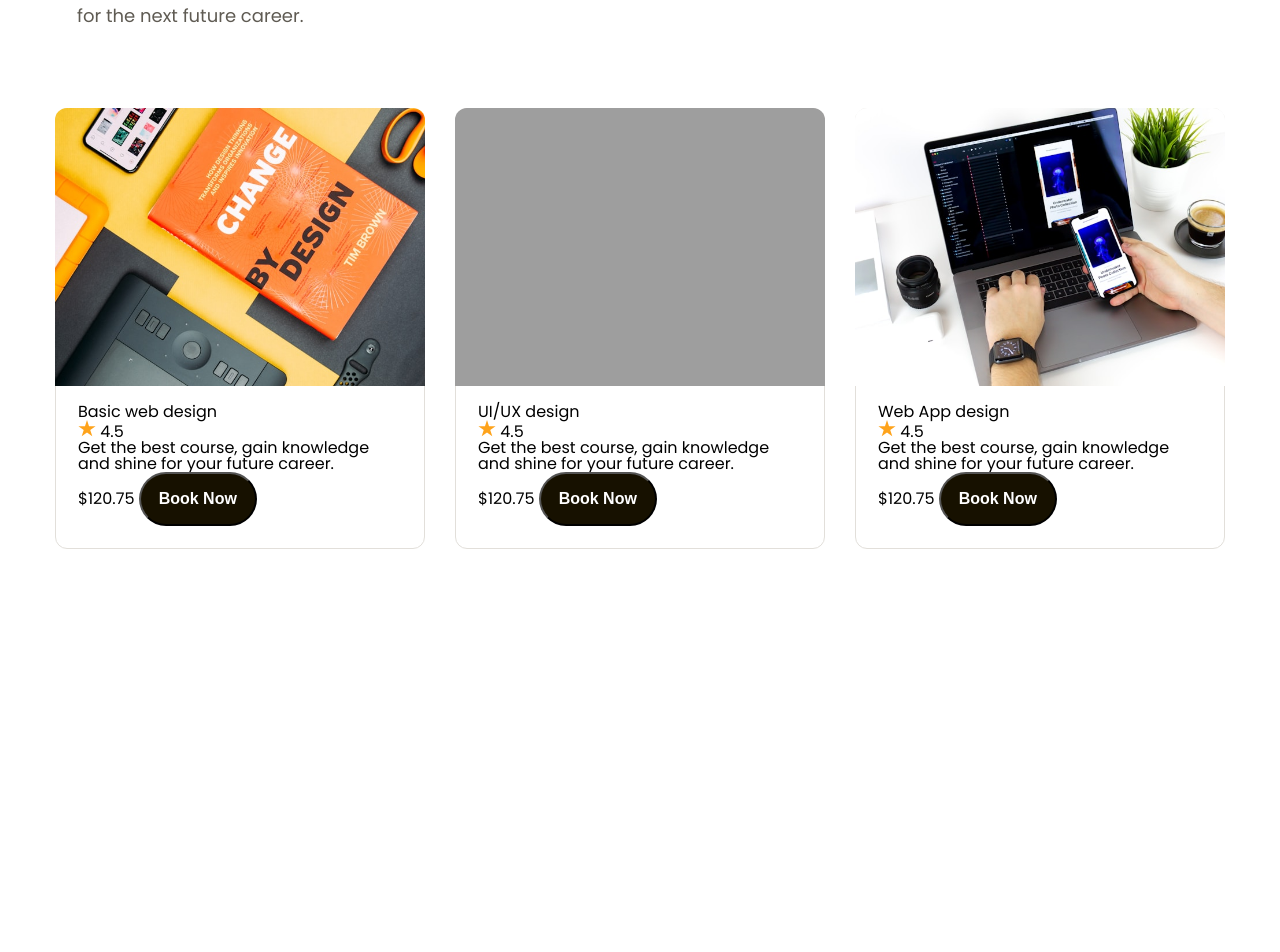
Repository: vancong171001/f8-html-css-02
Page: index.html
These files come from the project's save history. The page is drawn as it stood at one moment and after the next save; the edit follows.
The browser window is 1280 px wide. The pictures show the part of the page from y = 1209 to 2161 px (the page is 5000 px tall).
Pictures or frames that could not be fetched are drawn as grey boxes. A picture or video elsewhere on the page could not be fetched, so the positions and the page height are approximate.

Above is the page before, as saved 2025-03-11 14:20:46.

### index.html
<!DOCTYPE html>
<html lang="en">
  <head>
    <meta charset="UTF-8" />
    <meta name="viewport" content="width=device-width, initial-scale=1.0" />
    <title>F8 Project 02</title>
    <!-- Reset CSS -->
    <link rel="stylesheet" href="./assets/css/reset.css" />

    <!-- Embed fonts -->
    <link rel="preconnect" href="https://fonts.googleapis.com" />
    <link rel="preconnect" href="https://fonts.gstatic.com" crossorigin />
    <link
      href="https://fonts.googleapis.com/css2?family=Poppins:ital,wght@0,400;0,500;0,600;0,700;1,400&family=Sen:wght@700&display=swap"
      rel="stylesheet"
    />

    <!-- Style CSS -->
    <link rel="stylesheet" href="assets/css/style.css" />
  </head>
  <body>
    <main style="height: 5000px">
      <!-- Header -->
      <header class="header fixed">
        <div class="main-content">
          <div class="body">
            <!-- Logo -->
            <img src="./assets/img/logo.svg" alt="Lesson" class="logo" />

            <!-- Nav -->
            <nav class="nav">
              <ul>
                <li class="active">
                  <a href="#!">Home</a>
                </li>
                <li>
                  <a href="#!">Courses</a>
                </li>
                <li>
                  <a href="#!">Pricing</a>
                </li>
                <li>
                  <a href="#!">Reviews</a>
                </li>
              </ul>
            </nav>

            <!-- Action -->
            <div class="action">
              <a href="#!" class="btn sign-up-btn">Sign Up</a>
            </div>
          </div>
        </div>
      </header>

      <!-- Hero -->
      <div class="hero">
        <div class="main-content">
          <div class="body">
            <!-- Hero left -->
            <div class="media-block">
              <img
                src="https://images.unsplash.com/photo-1740734940319-7208196590b7?w=600&auto=format&fit=crop&q=60&ixlib=rb-4.0.3&ixid=M3wxMjA3fDB8MHxmZWF0dXJlZC1waG90b3MtZmVlZHwxNHx8fGVufDB8fHx8fA%3D%3D"
                alt="Learn without limits and spread knowledge."
                class="img"
              />

              <div class="hero-summary">
                <div class="item">
                  <div class="icon">
                    <img src="./assets/icon/list.svg" alt="" />
                  </div>
                  <div class="info">
                    <p class="lable">20 Courses</p>
                    <p class="title">UI/UX Design</p>
                  </div>
                </div>
                <div class="item">
                  <div class="icon">
                    <img src="./assets/icon/code.svg" alt="" />
                  </div>
                  <div class="info">
                    <p class="lable">20 Courses</p>
                    <p class="title">Development</p>
                  </div>
                </div>
                <div class="item">
                  <div class="icon">
                    <img src="./assets/icon/speaker.svg" alt="" />
                  </div>
                  <div class="info">
                    <p class="lable">30 Courses</p>
                    <p class="title">Marketing</p>
                  </div>
                </div>
              </div>
            </div>

            <!-- Hero right -->
            <div class="content-block">
              <h1 class="heading lv1">
                Learn without limits and spread knowledge.
              </h1>
              <p class="desc">
                Build new skills for that “this is my year” feeling with
                courses, certificates, and degrees from world-class universities
                and companies.
              </p>
              <div class="cta-group">
                <a href="#!" class="btn hero-cta">See Courses</a>
                <button class="watch-video">
                  <div class="icon">
                    <img src="./assets/icon/play.svg" alt="" />
                  </div>
                  <span>Watch Video</span>
                </button>
              </div>
              <p class="desc">Recent engagement</p>
              <p class="desc stats">
                <strong>50K</strong> Students <strong>70+</strong> Courses
              </p>
            </div>
          </div>
        </div>
      </div>

      <!-- Popular -->
      <div class="popular">
        <div class="main-content">
          <div class="popular-top">
            <div class="info">
              <h2 class="heading lv2">Our popular courses</h2>
              <p class="desc">
                Build new skills with new trendy courses and shine for the next
                future career.
              </p>
            </div>
            <div class="controls">
              <button class="control-btn">
                <svg
                  width="8"
                  height="14"
                  viewBox="0 0 8 14"
                  fill="none"
                  xmlns="http://www.w3.org/2000/svg"
                >
                  <path
                    d="M7 1L1 7L7 13"
                    stroke="currentColor"
                    stroke-linecap="round"
                    stroke-linejoin="round"
                  />
                </svg>
              </button>
              <button class="control-btn">
                <svg
                  width="8"
                  height="14"
                  viewBox="0 0 8 14"
                  fill="none"
                  xmlns="http://www.w3.org/2000/svg"
                >
                  <path
                    d="M1 1L7 7L1 13"
                    stroke="currentColor"
                    stroke-linecap="round"
                    stroke-linejoin="round"
                  />
                </svg>
              </button>
            </div>
          </div>

          <div class="course-list">
            <!-- Course Item 1 -->
            <div class="course-item">
              <img
                src="./assets/img/course-1.jpg"
                alt="Basic web design"
                class="thumb"
              />
              <div class="info">
                <div class="head">
                  <h3 class="title">Basic web design</h3>
                  <div class="rating">
                    <img src="./assets/icon/star.svg" alt="Star" class="star" />
                    <span class="value">4.5</span>
                  </div>
                </div>
                <p class="desc">
                  Get the best course, gain knowledge and shine for your future
                  career.
                </p>
                <div class="foot">
                  <span class="price">$120.75</span>
                  <button class="btn">Book Now</button>
                </div>
              </div>
            </div>
            <!-- Course Item 2 -->
            <div class="course-item">
              <img
                src="./assets/img/course-2.jpg"
                alt="UI/UX design"
                class="thumb"
              />
              <div class="info">
                <div class="head">
                  <h3 class="title">UI/UX design</h3>
                  <div class="rating">
                    <img src="./assets/icon/star.svg" alt="Star" class="star" />
                    <span class="value">4.5</span>
                  </div>
                </div>
                <p class="desc">
                  Get the best course, gain knowledge and shine for your future
                  career.
                </p>
                <div class="foot">
                  <span class="price">$120.75</span>
                  <button class="btn">Book Now</button>
                </div>
              </div>
            </div>
            <!-- Course Item 3 -->
            <div class="course-item">
              <img
                src="./assets/img/course-3.jpg"
                alt="Web App design"
                class="thumb"
              />
              <div class="info">
                <div class="head">
                  <h3 class="title">Web App design</h3>
                  <div class="rating">
                    <img src="./assets/icon/star.svg" alt="Star" class="star" />
                    <span class="value">4.5</span>
                  </div>
                </div>
                <p class="desc">
                  Get the best course, gain knowledge and shine for your future
                  career.
                </p>
                <div class="foot">
                  <span class="price">$120.75</span>
                  <button class="btn">Book Now</button>
                </div>
              </div>
            </div>
          </div>
        </div>
      </div>
    </main>
  </body>
</html>

### assets/css/style.css
* {
  box-sizing: border-box;
}

:root {
  --primary-color: #ffb900;
  --font-heading: Sen, san-serif;
}

html {
  font-size: 62.5%;
}

body {
  font-size: 1.6rem;
  font-family: "Poppins", sans-serif;
}

/* ========== Common ========= */
a {
  text-decoration: none;
}

.btn {
  display: inline-block;
  min-width: 118px;
  padding: 0 16px;
  line-height: 50px;
  color: #fff;
  text-align: center;
  font-size: 1.6rem;
  font-weight: 600;
  border-radius: 999px;
  background: #171100;
}

.btn:hover {
  opacity: 0.9;
}

.heading {
  color: #171100;
  font-family: var(--font-heading);
  font-weight: 700;
  letter-spacing: -0.02em;
}

.heading.lv1 {
  font-size: 5.8rem;
  line-height: 1.17; /* 117.241% */
}

.heading.lv2 {
  font-size: 3.8rem;
  line-height: 1.26; /* 126.316% */
}

.main-content {
  width: 1170px;
  max-width: calc(100% - 48px);
  margin-left: auto;
  margin-right: auto;
}

/* ========== Header ========= */
.header {
  background: #fffcf4;
}

.header.fixed {
  position: sticky;
  top: -28px;
  z-index: 1;
}

.header .body {
  display: flex;
  align-items: center;
  padding: 36px 0 8px;
}

.nav {
  margin-left: auto;
}

.nav ul {
  display: flex;
}

.nav a {
  position: relative;
  padding: 8px 21px;
  color: #5f5b53;
  font-size: 1.6rem;
}

.nav a:hover,
.nav li.active a {
  /* font-weight: 600; */
  text-shadow: 1px 0 0 currentColor;
  color: #171100;
}

.nav li.active a::after {
  content: "";
  position: absolute;
  left: 21px;
  bottom: 6px;
  display: block;
  width: 12px;
  height: 2px;
  border-radius: 1px;
  background: #171100;
}

.header .sign-up-btn {
  min-width: 144px;
}

.header .action {
  margin-left: 49px;
}

/* ========== Hero ========= */
.hero {
  padding: 56px 0 65px;
  background: #fffcf4;
}

.hero .body {
  display: flex;
}

/* Hero Left */
.hero .media-block {
  position: relative;
  width: 48%;
}

.hero .media-block .img {
  width: 470px;
  height: 685px;
  object-fit: cover;
  border-radius: 20px;
  display: block;
}

.hero-summary {
  position: absolute;
  right: 0;
  bottom: 48px;
  width: 270px;
  padding: 24px;
  border-radius: 12px;
  background: #fff;
  box-shadow: 0px 16px 32px 0px rgba(0, 0, 0, 0.05);
}

.hero-summary .item {
  display: flex;
  align-items: center;
}

.hero-summary .item + .item {
  margin-top: 22px;
}

.hero-summary .icon {
  width: 48px;
  height: 48px;
  border-radius: 50%;
  display: flex;
  justify-content: center;
  align-items: center;
  background: #fff9e8;
}

.hero-summary .item:nth-of-type(2) .icon {
  background: #fcefff;
}
.hero-summary .item:last-child .icon {
  background: #ebeaff;
}

.hero-summary .info {
  margin-left: 16px;
}

.hero-summary .lable {
  color: #5f5b53;
  font-size: 1.4rem;
  line-height: 1.86; /* 185.714% */
}

.hero-summary .title {
  color: #171100;
  font-size: 1.8rem;
  font-weight: 600;
  line-height: 1.67; /* 166.667% */
}

/* Hero Right */
.hero .content-block {
  width: 52%;
  padding: 64px 0 0 130px;
}

.hero .desc {
  margin-top: 22px;
  color: #5f5b53;
  font-size: 1.8rem;
  line-height: 1.67; /* 166.667% */
}

.hero .cta-group {
  display: flex;
  align-items: center;
  margin: 38px 0 48px;
}

.hero .hero-cta {
  min-width: 180px;
  line-height: 64px;
  background: var(--primary-color);
  border-radius: 32px;
}

.hero .watch-video {
  display: flex;
  align-items: center;
  border: none;
  background: transparent;
  margin-left: 28px;
  cursor: pointer;
}

.hero .watch-video .icon {
  width: 40px;
  height: 40px;
  border-radius: 50%;
  display: flex;
  justify-content: center;
  align-items: center;
  background: #ffffff;
  box-shadow: 0px 8px 16px rgba(0, 0, 0, 0.07);
}

.hero .watch-video span {
  color: #171100;
  font-size: 1.8rem;
  font-weight: 600;
  line-height: 1.67; /* 166.667% */
  margin-left: 14px;
}

.hero .stats {
  margin: 8px 0 0 -28px;
}

.hero .stats strong {
  color: #171100;
  font-family: var(--font-heading);
  font-size: 4.4rem;
  font-weight: 700;
  line-height: 1.22; /* 122.727% */
  padding: 0 8px 0 28px;
}

/* ========== Hero ========= */
.popular {
  padding: 65px 0;
  margin-top: 135px;
}

.popular-top {
  display: flex;
  justify-content: space-between;
  align-items: center;
}

.popular-top .desc {
  color: #5f5b53;
  font-size: 1.8rem;
  line-height: 1.67; /* 166.667% */
  margin-top: 16px;
  width: 458px;
}

.popular-top .controls {
  display: flex;
  gap: 18px;
}

.popular-top .control-btn {
  background: transparent;
  border: 1px solid var(--primary-color);
  width: 40px;
  height: 40px;
  border-radius: 50%;
  display: flex;
  justify-content: center;
  align-items: center;
  color: var(--primary-color);
}

.popular-top .control-btn:hover {
  background: var(--primary-color);
  color: #fff;
  cursor: pointer;
}

.popular .course-list {
  margin-top: 55px;
  display: flex;
  gap: 30px;
}

.popular .course-item {
  flex: 1;
  border-radius: 12px;
  border: 1px solid #e2dfda;
  background: #fff;
}

.popular .course-item .thumb {
  width: calc(100% + 2px);
  border-radius: 12px 12px 0px 0px;
  height: 278px;
  object-fit: cover;
  margin: -1px;
}

.popular .info {
  margin: 16px 22px 22px;
}

.popular .i

Loaded but not shown: assets/css/reset.css (common file)

After the next save:
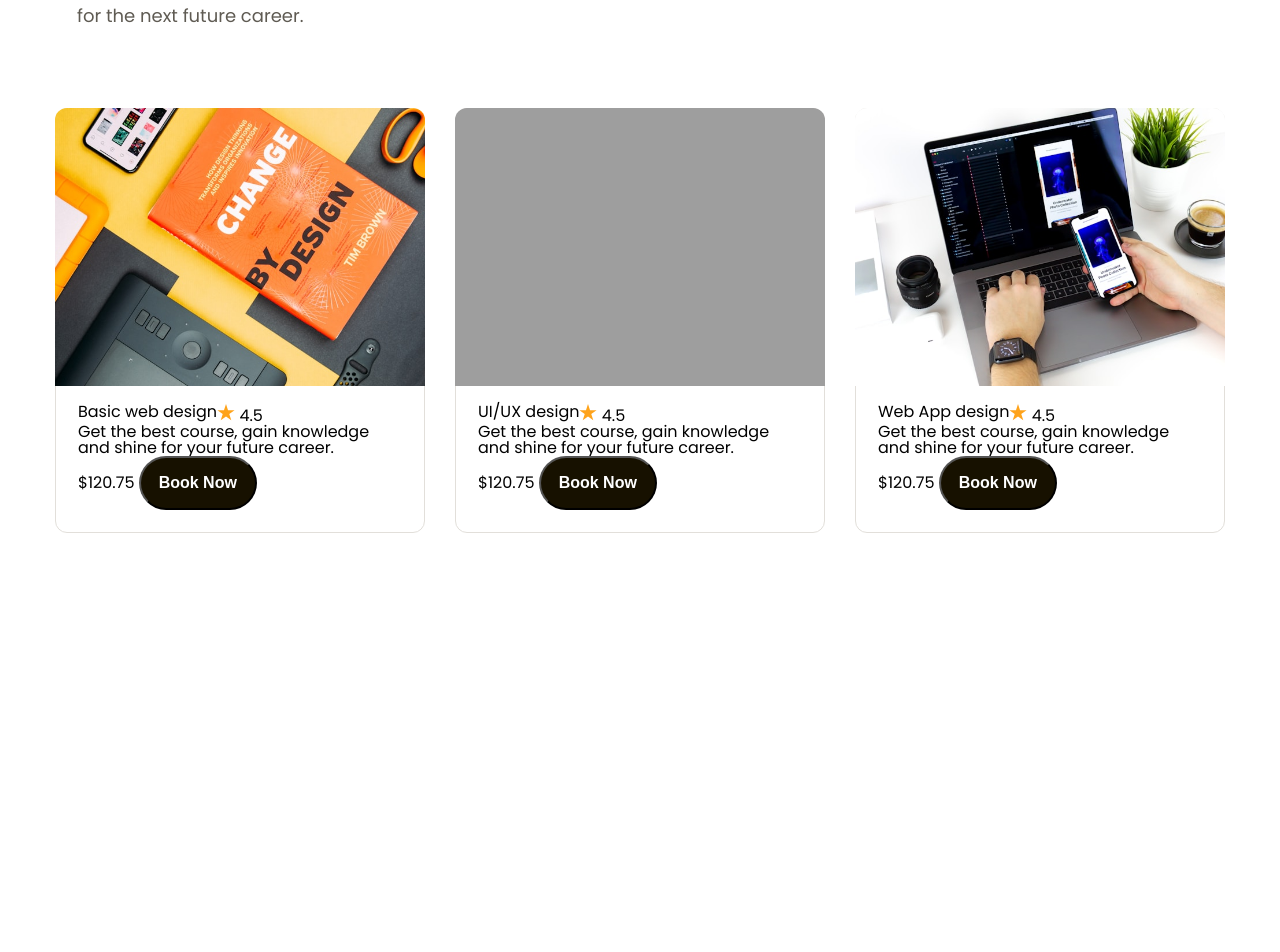
Saved 6 s later.
--- a/assets/css/style.css
+++ b/assets/css/style.css
@@ -334,4 +334,6 @@
   margin: 16px 22px 22px;
 }
 
-.popular .i
+.popular .info .head {
+  display: flex;
+}
